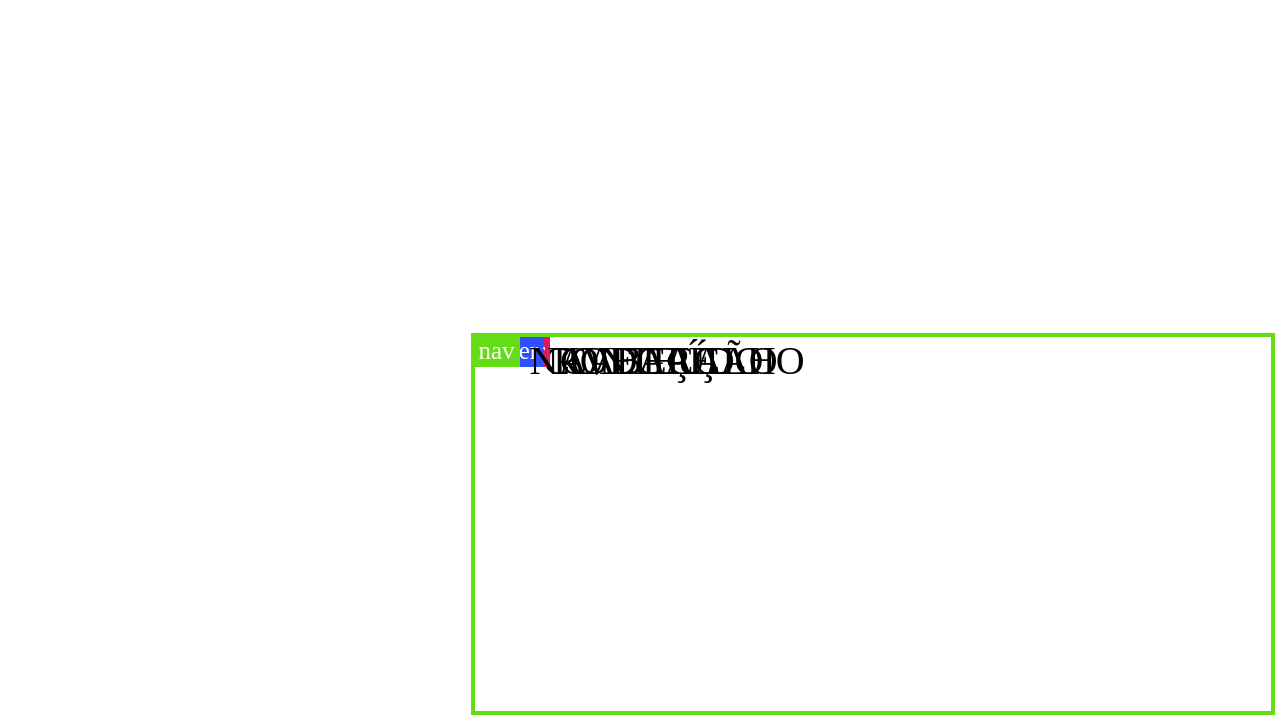
Repository: eversonps/flexbox-grid-css
Page: grid/cssgrid3.html
These files come from the project's save history. The page is drawn as it stood at one moment and after the next save; the edit follows.
The browser window is 1280 px wide. The pictures show the whole page.

Above is the page before, as saved 2022-03-23 16:55:24.

### grid/cssgrid3.html
<!DOCTYPE html>
<html>

<head>
    <meta charset="UTF-8">
    <title>CSS Grid #03</title>
    <link rel="stylesheet" href="css/tag.css">
    <style>
        * {
            padding: 0;
            margin: 0;
        }

        header {
            grid-area: cabecalho;
        }

        nav {
            grid-area: navegacao;
        }

        main {
            grid-area: conteudo;
        }

        footer {
            grid-area: rodape;
        }

        body{
            display: grid;
            min-height: 100vh;
        }
    </style>
</head>

<body>
    <main class="tag">CONTEÚDO</main>
    <header class="tag">CABEÇALHO</header>
    <footer class="tag">RODAPÉ</footer>
    <nav class="tag">NAVEGAÇÃO</nav>

    <script src="js/tag.js"></script>
</body>

</html>

### grid/js/tag.js
const colors = {
    p: '#388e3c',
    div: '#1565c0',
    span: '#e53935',
    section: '#f67809',
    ul: '#5e35b1',
    ol: '#fbc02d',
    header: '#d81b60',
    nav: '#64dd17',
    main: '#00acc1',
    footer: '#304ffe',
    form: '#9f6581',
    body: '#25b6da',
    padrao: '#616161',
    get(tag) {
        return this[tag] ? this[tag] : this.padrao
    }
}

document.querySelectorAll('.tag').forEach(elemento => {
    const tagName = elemento.tagName.toLowerCase()

    elemento.style.borderColor = colors.get(tagName)

    if (!elemento.classList.contains('nolabel')) {
        const label = document.createElement('label')
        label.style.backgroundColor = colors.get(tagName)
        label.innerHTML = tagName
        elemento.insertBefore(label, elemento.childNodes[0])
    }
})

Loaded but not shown: grid/css/tag.css (common file)

After the next save:
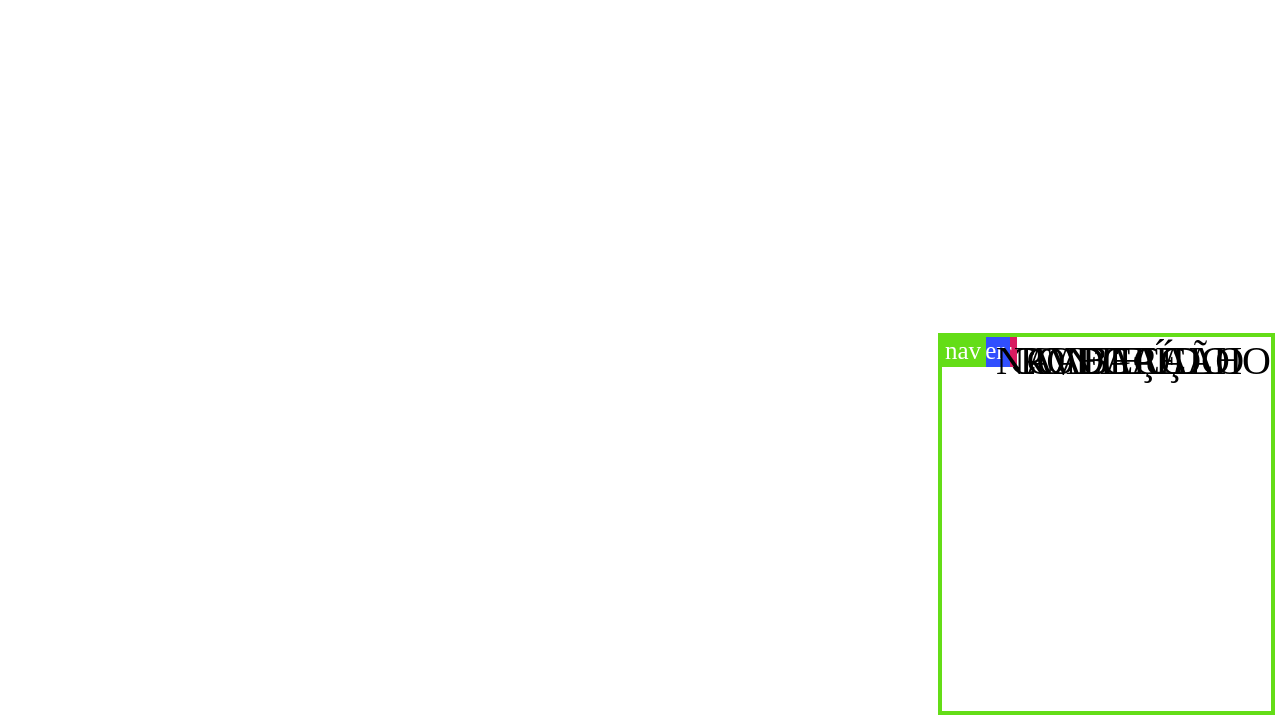
Saved 49 s later.
--- a/grid/cssgrid3.html
+++ b/grid/cssgrid3.html
@@ -30,6 +30,8 @@
         body{
             display: grid;
             min-height: 100vh;
+            grid-template-columns: 300px 1fr;
+            grid-template-rows: ;
         }
     </style>
 </head>
